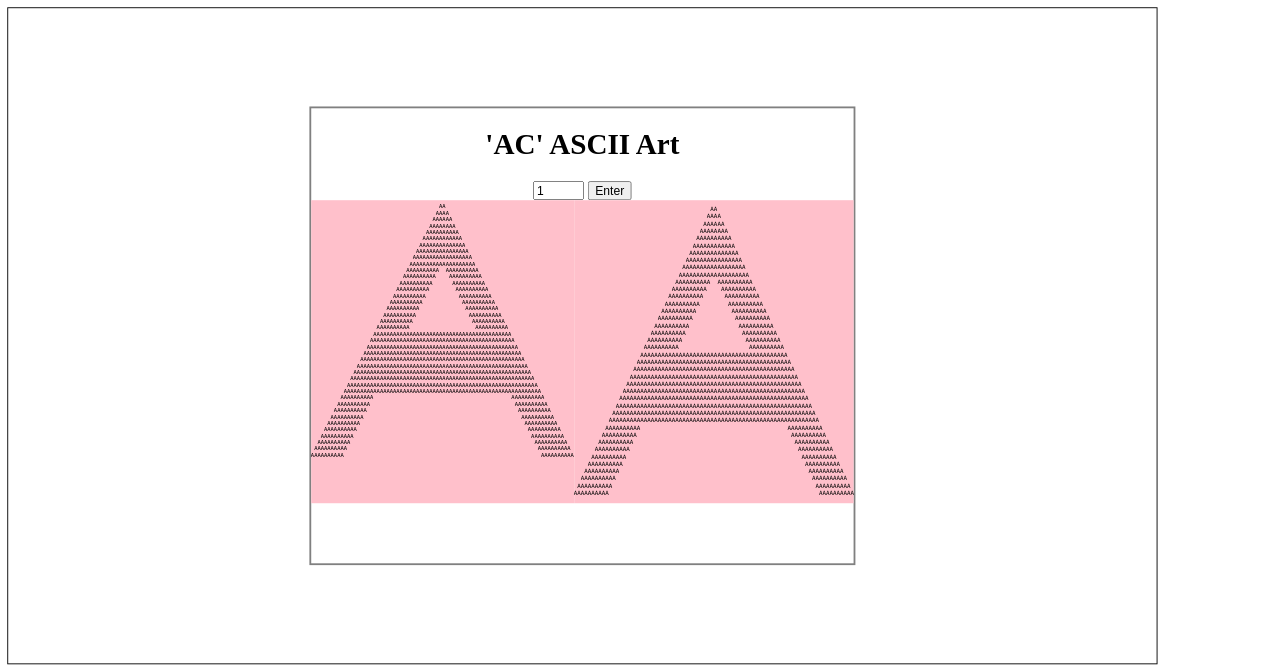
Repository: Achorn/ascii-art
Page: index.html
The author's editor kept a copy of each file at every save. The page is drawn from the files as they stood at one save, then again after the next save.
The browser window is 1280 px wide. The page is 1280 px wide, then 1413 px, so the pictures cover 1413 px, including what lies to the right of the window. The pictures show the whole page, at 91% of full size.

Above is the page before, as saved 2021-08-09 17:54:59.

After the next save:
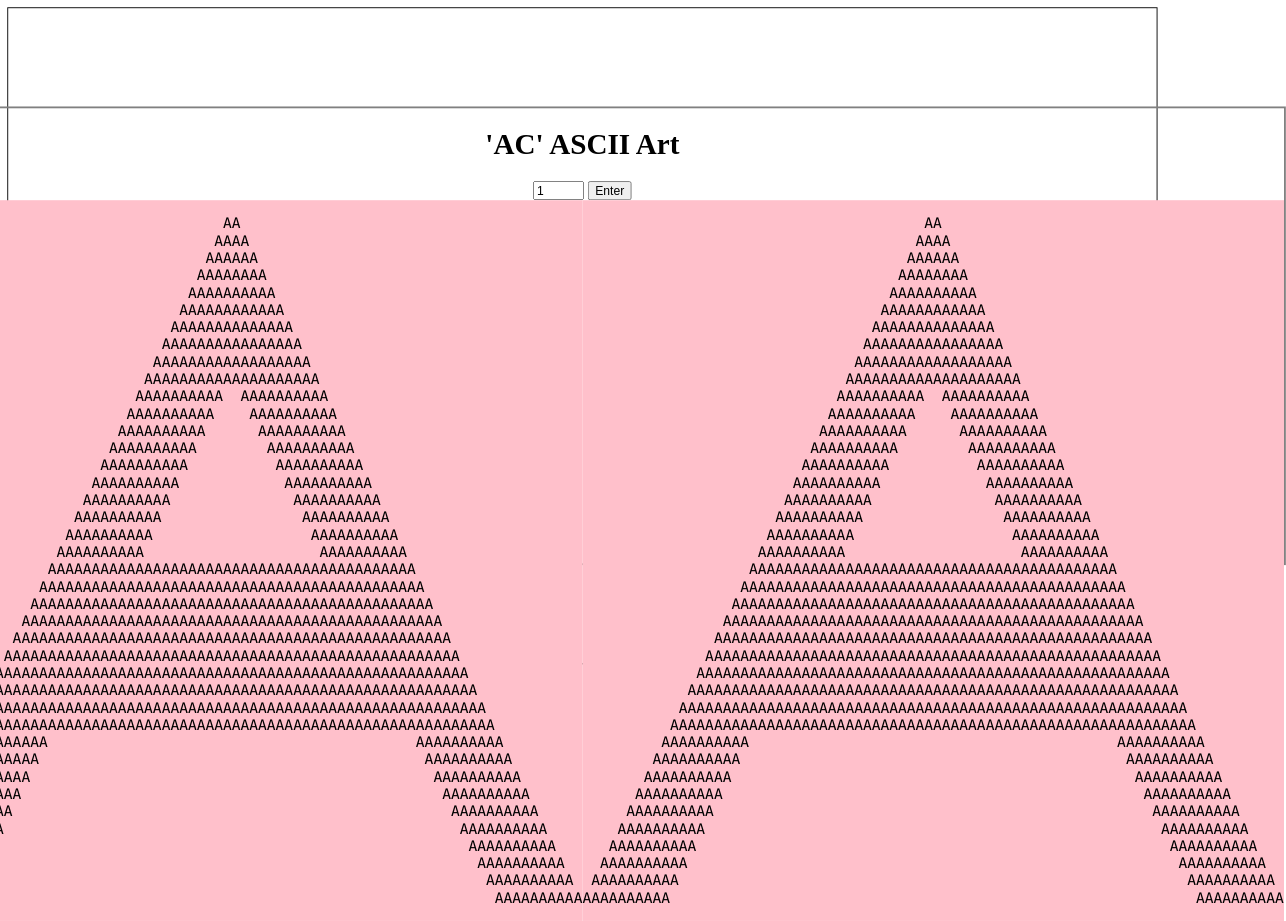
Saved 10 s later.
--- a/myscripts.js
+++ b/myscripts.js
@@ -204,8 +204,8 @@ let scaled = scaleSpread(four, scale);
 trimA(scaled, scale);
 
 // mono.innerHTML = halfArrToString(scaleSpread(four, 7));
-monoA.style.fontSize = `${4 / scale / 2}em`;
-monoC.style.fontSize = `${4 / scale}em`;
+// monoA.style.fontSize = `${4 / scale / 2}em`;
+// monoC.style.fontSize = `${4 / scale}em`;
 monoA.innerHTML = halfArrToString(scaled);
 monoC.innerHTML = halfArrToString(scaled);
 // mono.innerHTML += arrToString(scaleSpread(eight, 1));
